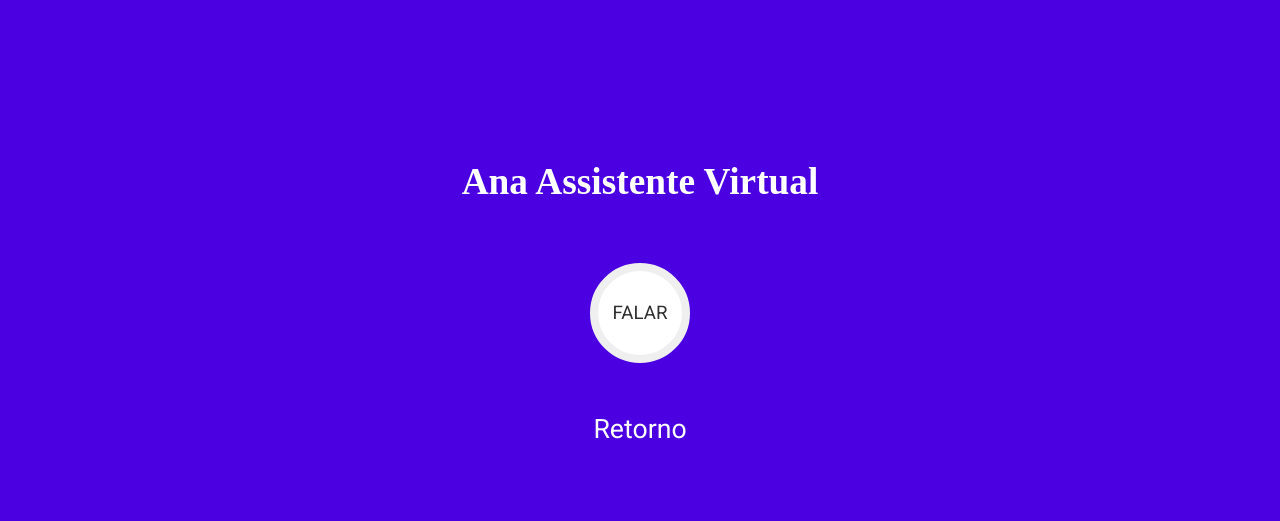
Repository: pettinelli1202/Ana-VirtualAssistant
Page: index.html
These files come from the project's save history. The page is drawn as it stood at one moment and after the next save; the edit follows.
The browser window is 1280 px wide. The pictures show the whole page.
Some web fonts or font styles are not loaded; a fallback is used.

Above is the page before, as saved 2023-05-11 17:22:50.

### index.html
<!DOCTYPE html>
<html lang="pt-BR">
<head>
    <meta charset="UTF-8">
    <meta http-equiv="X-UA-Compatible" content="IE=edge">
    <meta name="viewport" content="width=device-width, initial-scale=1.0">
    <script src="./js/virtual-assistant.js" defer></script>
    <title>Bê Assistente Virtual</title>
    <link rel="stylesheet" href="./css/style.css">
</head>
<body>
    <div class="container">
        <h1>Ana Assistente Virtual</h1>
    </div>
    <div class="search">
        <button id="falarBtn">Falar</button>
        <div id="resultadoFala">Retorno</div>
    </div>
</body>
</html>

### js/virtual-assistant.js
(function () {

    const falarBtn = document.querySelector('#falarBtn');
    const resultadoFala = document.querySelector('#resultadoFala')

    if (window.SpeechRecognition || window.webkitSpeechRecognition) {
        var SpeechRecognition = SpeechRecognition || webkitSpeechRecognition;
        var myRecognition = new SpeechRecognition();

        myRecognition.lang = 'pt-BR';

        falarBtn.addEventListener('click', function () {
            try {
                myRecognition.start();
                resultadoFala.innerHTML = "Ouvindo...";
            } catch (erro) {
                alert('Ocorreu um erro: ' + erro.message);
            }
        }, false);


        myRecognition.addEventListener('result', function (evt) {
            var resultSpeak = evt.results[0][0].transcript;

            console.log(resultSpeak);
            resultadoFala.innerHTML = resultSpeak;

            switch (resultSpeak.toLowerCase()) {
                case 'tema claro' || 'clarear':
                    document.body.style.background = '#4a00e0';
                    break;
                case 'tema dark' || 'escurecer':
                    document.body.style.background = '#000000';
                    break;
            }
        }, false);

        myRecognition.addEventListener('Ocorreu um erro! ', function (evt) {
            resultadoFala.innerHTML = 'Desculpe, pode repetir?';
        }, false);
    } else {
        resultadoFala.innerHTML = 'Seu navegador não suporta essa tecnologia'
    }
})();

### css/style.css
@import url('https://fonts.googleapis.com/css2?family=Bruno+Ace&display=swap');
@import url('https://fonts.googleapis.com/css2?family=Roboto:wght@100;400;700;900&display=swap');

* {
    box-sizing: border-box;
    margin: 0;
    padding: 0;
}

body {
   background: #4a00e0;
   transition: all 2.5s ease-in-out;
   color: #ffffff;
}


.container {
    display: flex;
    align-items: center;
    justify-content: center;
    margin: 40px;
    margin-top: 150px;

}

h1 {
    text-align: center;
    color: #ffffff;
    font-weight: bolder;
    font-size: 28pt;
    margin: 10px;
    font-family: 'Bruno Ace', cursive;
}

.search {
    display: flex;
    flex-direction: column;
    align-items: center;
    align-content: center;
    margin: 40px;
}

button {
    width: 100px;
    height: 100px;
    border-radius: 50%;
    border: 8px solid #efefef;
    margin: 10px;
    background-color: #ffffff;
    cursor: pointer;
    text-transform: uppercase;
    color: #2f2f2f;
    text-align: center;
    font-size: 14pt;
    transition: 0.8s;
    font-family: 'Roboto', sans-serif;
}

button:hover {
    border: 10px solid #f2f2f2;
    background-color: #ffffff;
    font-weight: 600;
    color: #2f2f2f;
}

button:active {
    border: 8px solid rgb(255, 67, 67);
    background-color: rgb(255, 104, 104);
    color: #ffffff;
    font-weight: 400;
}


#resultadoFala {
    font-family: 'Roboto', sans-serif;
    font-size: 20pt;
    color: #ffffff;
    margin: 40px;
}

After the next save:
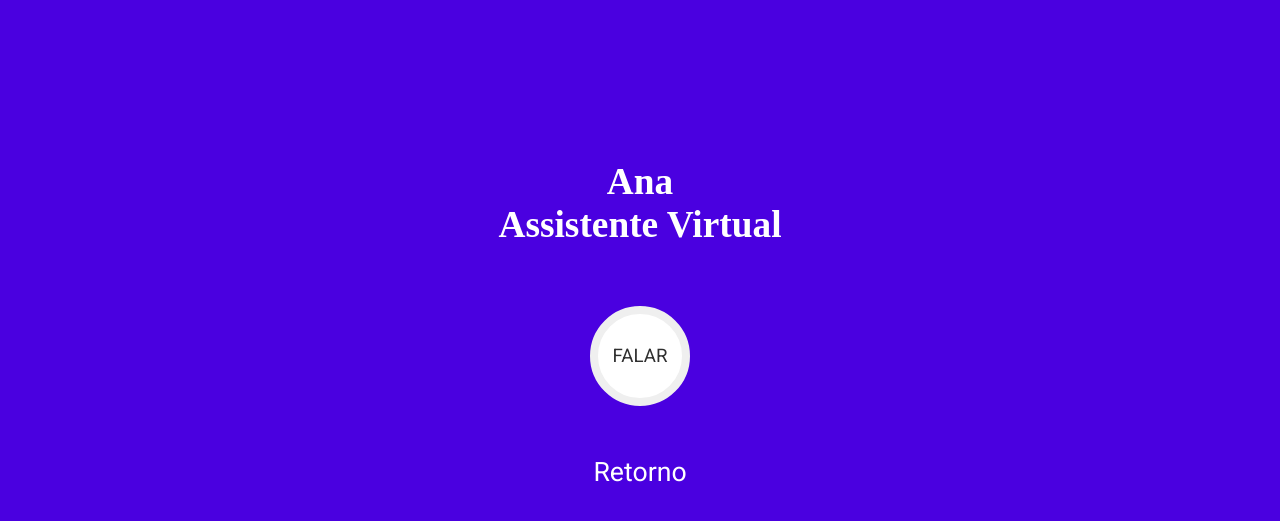
Saved 78 s later.
--- a/index.html
+++ b/index.html
@@ -10,7 +10,7 @@
 </head>
 <body>
     <div class="container">
-        <h1>Ana Assistente Virtual</h1>
+        <h1>Ana<br>Assistente Virtual</h1>
     </div>
     <div class="search">
         <button id="falarBtn">Falar</button>
